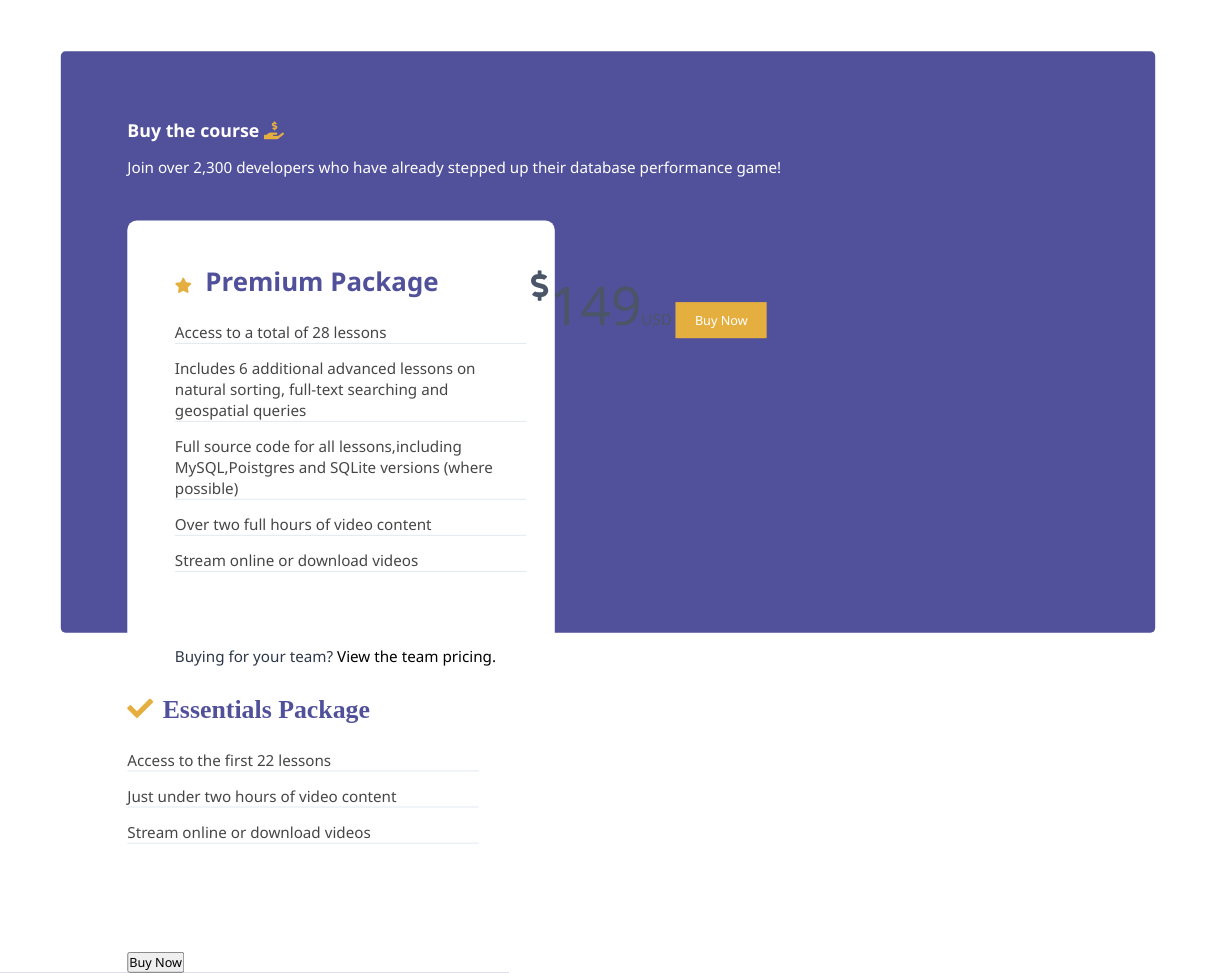
Repository: Z-ayat/Challenges
Page: Challenge 4/index.html
An editor plug-in stored every save of this project. The page is shown before and after the next save, followed by the edit.
The browser window is 1280 px wide. The pictures show the whole page, at 95% of full size.
Some web libraries are served in a nearby version.

Above is the page before, as saved 2021-09-07 02:09:53.

### Challenge 4/index.html
<!DOCTYPE html>

<head>
    <meta charset="UTF-8">
    <title>Course Offer Box</title>
    <link rel="stylesheet" href="styling/css/master.css">
    <link rel="stylesheet" href="styling/css/all.min.css">
    <link rel="preconnect" href="https://fonts.googleapis.com">
    <link rel="preconnect" href="https://fonts.gstatic.com" crossorigin>
    <link href="https://fonts.googleapis.com/css2?family=Cairo:wght@400;600;700;900&display=swap" rel="stylesheet">
    <link rel="stylesheet" href="https://cdnjs.cloudflare.com/ajax/libs/font-awesome/5.11.2/css/all.min.css">
</head>

<body>
    <div class="container">
        <div class="layout">
            <div class="head">
                <h3>Buy the course <i class="fas fa-hand-holding-usd" style="color: #FFC83D;"></i></h3>
                <p class="join">Join over 2,300 developers who have already stepped up their database performance game!</p>
            </div>
            <div class="prem-pack">
                <i class="fas fa-star">
                    <p class="headtitle">Premium Package</p>
                </i>
                <p class="specs">Access to a total of 28 lessons</p>
                <p class="specs"><span class="import">Includes 6 additional advanced lessons</span> on natural sorting, full-text searching and geospatial queries</p>
                <p class="specs"><span class="import"> Full source code for all lessons,</span>including MySQL,Poistgres and SQLite versions (where possible)</span>
                </p>
                <p class="specs">Over two full hours of video content</p>
                <p class="specs">Stream online or download videos</p>
                <p class="dollar-sign"><span class="price">149</span><span class="usd">USD</span></ح>
                    <button class="btn">Buy Now</button>
                    <p class="buyalign">Buying for your team? <a href="#">View the team pricing.</a></p>
            </div>
            <div class="ess-pack">
                <p class="headtitle fas fa-check">Essentials Package</p>
                <p class="specs"><span class="import">Access to the first 22 lessons</span></p>
                <p class="specs">Just under two hours of video content</p>
                <p class="specs">Stream online or download videos</p>
                <p class="price">99
                    <p class="usd">USD</p>
                </p>
                <button>Buy Now</button>
            </div>
        </div>
</body>

</html>

### Challenge 4/styling/css/master.css
* {
    box-sizing: border-box;
    padding: 0;
    margin: 0;
    font-family: 'Segoe UI', Tahoma, Geneva, Verdana, sans-serif;
}

*::before {
    display: inline-block;
    color: #E5AF40;
    margin-right: 10px;
}

*::after {
    display: inline-block;
    color: #E5AF40;
}

a,
a:focus {
    text-decoration: none;
    cursor: default;
    color: black;
    font-weight: 500;
}

span {
    font-weight: 500;
    display: inline-block !important;
}

:root {
    --clrbg: #51509B;
    --clrhead: #404B5F;
    --clrprice: #4A5568;
    --clrbodyfont: #FFFFFF;
    --facolor: #E5AF40;
    --packb4bordshdw: #FFEABE;
    --clrspecs: #000000ba;
}

body {
    display: flex;
    justify-content: center;
    align-items: center;
    height: 100vh;
}

.container {
    display: grid;
    width: 90%;
    height: 85%;
    background-color: var(--clrbg);
    border-radius: 5px;
    color: var(--clrbodyfont);
    padding: 70px 70px;
}

.head {
    margin-bottom: 45px;
}

.head h3 {
    margin-bottom: 1rem;
    font-size: 2..5rem;
}

.price {
    font-size: 3.5rem;
}

.prem-pack {
    background-color: #FFFFFF;
    height: 500px;
    width: 450px;
    padding: 50px;
    border-radius: 10px;
    display: flex;
    flex-flow: wrap column;
    align-items: flex-start;
    position: relative;
    -webkit-border-radius: 10px;
    -moz-border-radius: 10px;
    -ms-border-radius: 10px;
    -o-border-radius: 10px;
}

.specs {
    width: 35px;
    margin-bottom: 15px;
    overflow-wrap: break-word;
    width: 370px;
    border-bottom: solid 1px #E2E8F0;
    color: var(--clrspecs);
}

.headtitle {
    font-weight: 600;
    color: var(--clrbg) !important;
    font-size: 1.7rem;
    margin-bottom: 30px;
    display: inline-block;
}

.buyalign {
    text-justify: auto;
    color: #2D3748;
    position: absolute;
    float: left;
    bottom: 30px;
    left: 50px;
}

.fas {
    color: var(--facolor)
}

.dollar-sign {
    position: relative;
    color: #4A5568;
    margin-left: 25px;
}

.dollar-sign::before {
    position: absolute;
    display: block;
    top: 2px;
    left: -20px;
    font-size: 32px;
    color: #4A5568;
    font-family: "Font Awesome 5 Free" !important;
    font-weight: 900;
    content: "\f155";
}

.btn {
    padding: 10px 20px;
    border: none;
    color: white;
    background-color: #E5AF40;
    align-self: flex-end;
}

Loaded but not shown: Challenge 4/styling/css/all.min.css (library)

After the next save:
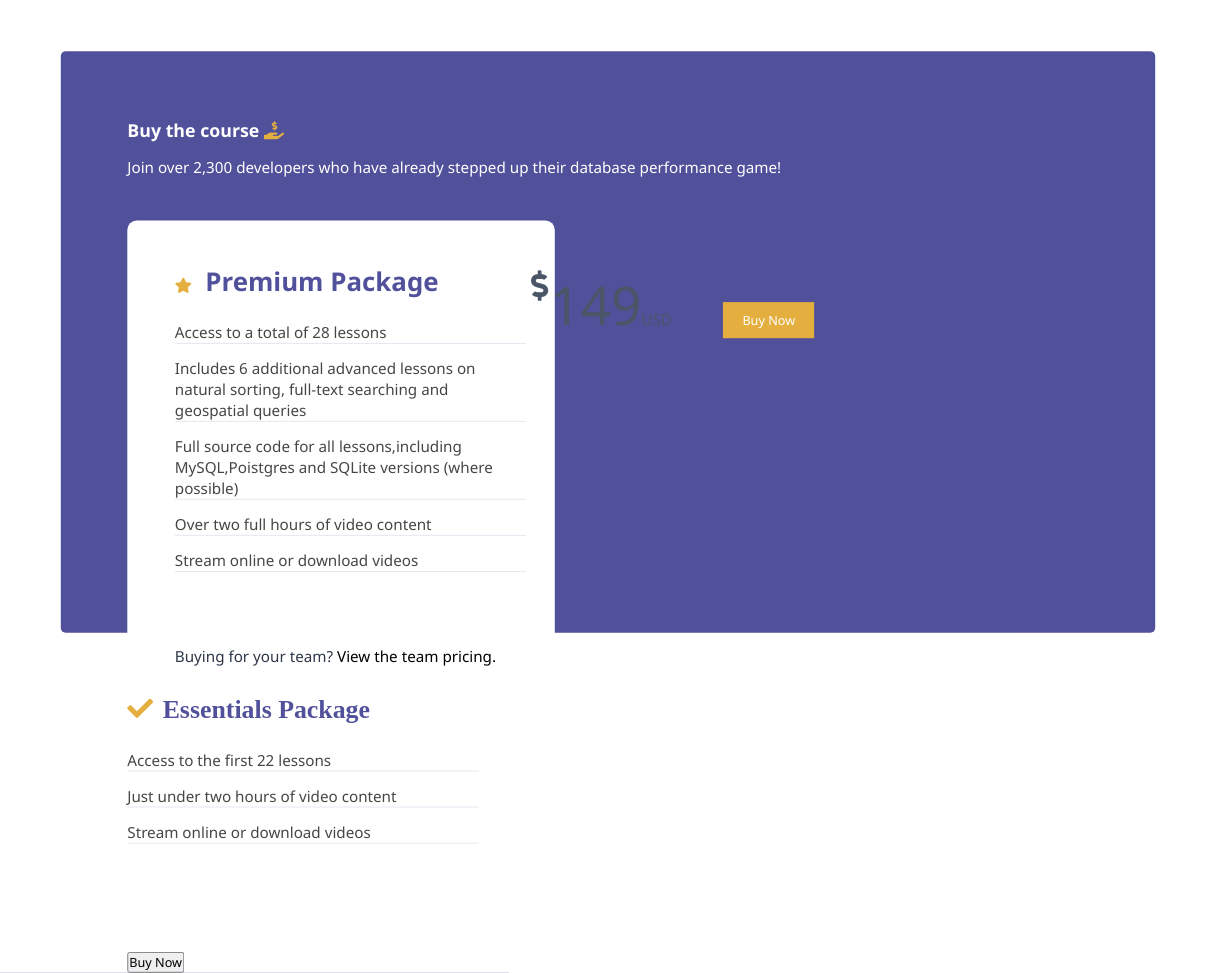
Saved 30 s later.
--- a/Challenge 4/styling/css/master.css
+++ b/Challenge 4/styling/css/master.css
@@ -138,5 +138,5 @@ body {
     border: none;
     color: white;
     background-color: #E5AF40;
-    align-self: flex-end;
+    margin-left: 50px;
 }
